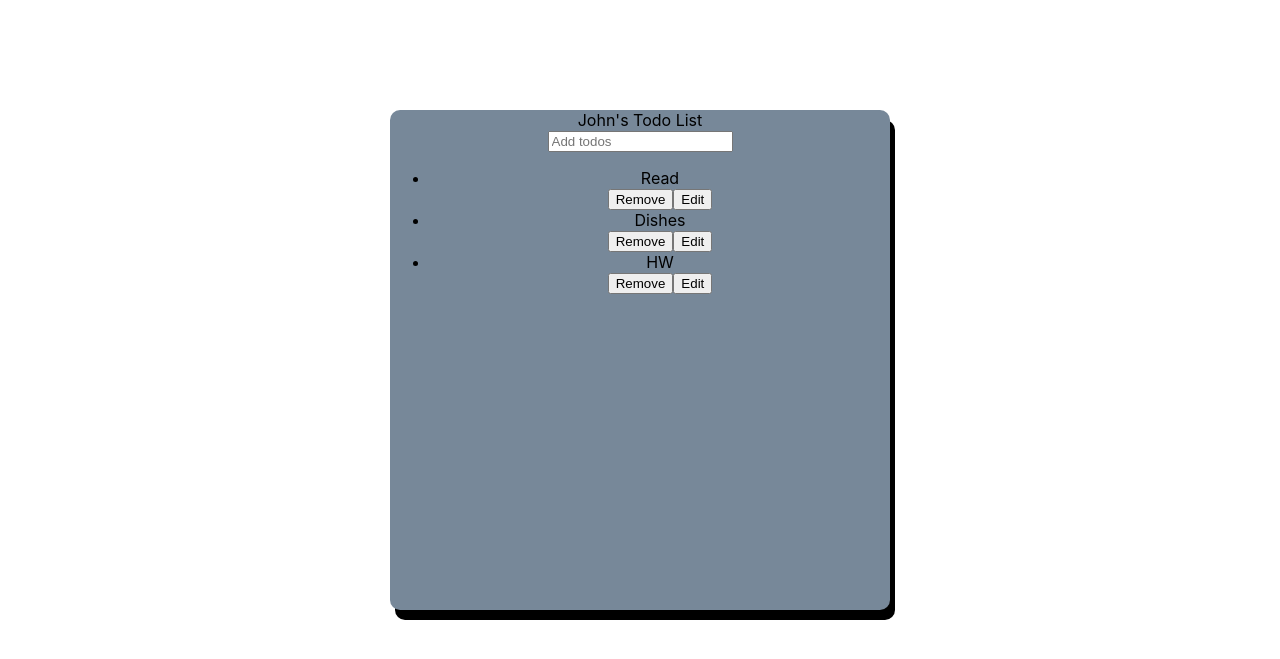
Repository: JohnKang0720/Simple-Todo-List
Page: /
An editor plug-in stored every save of this project. The page is shown before and after the next save, followed by the edit.
The browser window is 1280 px wide. The pictures show the whole page.
The project was rebuilt for these pictures with package versions that can differ from the ones it lists, and the page was loaded fresh each time.

Above is the page before, as saved 2021-05-25 07:16:28.

After the next save:
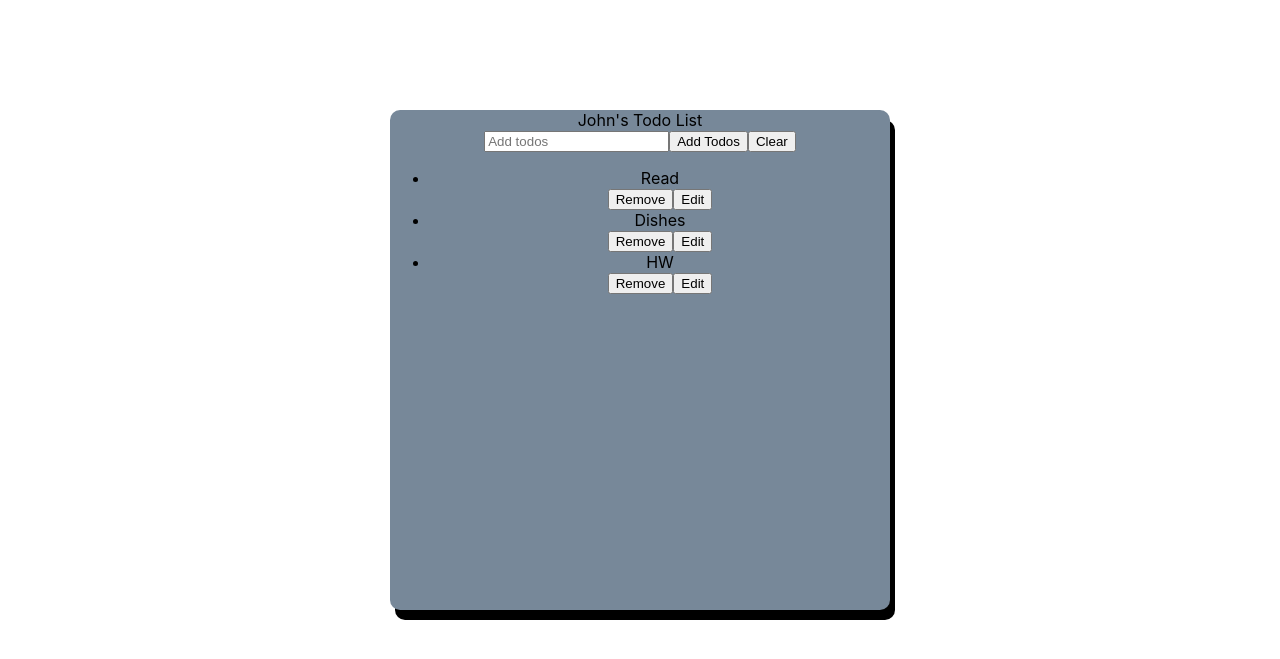
Saved 57 s later.
--- a/src/Todoform.js
+++ b/src/Todoform.js
@@ -7,6 +7,8 @@ function Todoform() {
         <div>
        <form>
            <input type = "text" placeholder = "Add todos" />
+           <button> Add Todos </button>
+           <button> Clear </button>
        </form>
 
         <ul>
